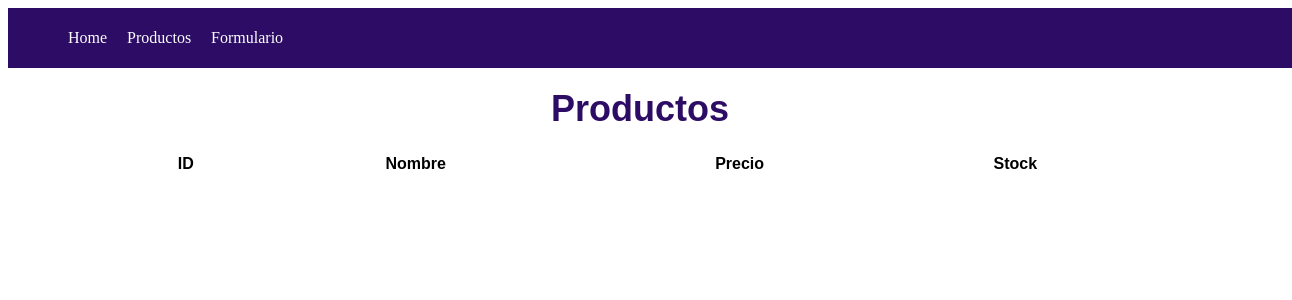
Repository: LadyJohana20/clases
Page: Clase-05-nodesass/public/pages/productos.html
An editor plug-in stored every save of this project. The page is shown before and after the next save, followed by the edit.
The browser window is 1280 px wide. The page is 1292 px wide, so the pictures cover 1292 px, including what lies to the right of the window. The pictures show the whole page.
The style sheet was rebuilt from its Sass, Less or Tailwind sources for each picture, by a compiler version that may differ from the author's.

Above is the page before, as saved 2026-01-27 21:53:33.

### Clase-05-nodesass/public/pages/productos.html
<!DOCTYPE html>
<html lang="en">
<head>
    <meta charset="UTF-8">
    <meta name="viewport" content="width=device-width, initial-scale=1.0">
    <link rel="stylesheet" href="../sass/css/productos.css">
    <title>Productos</title>
</head>
<body id="body">
    <!-- 1. creamos una pagina completa solo con JS y el DOM -->
    <div id="principal">


    </div>

    <h1 class="titulo" id="titulo">
        Productos
    </h1>

    <table id="tabla-productos" class="titulo">
        <thead>
            <tr>
                <th>ID</th>
                <th>Nombre</th>
                <th>Precio</th>
                <th>Stock</th>
            </tr>
        </thead>
        <tbody>
            <!-- Los productos se agregarán aquí dinámicamente -->
        </tbody>
    </table>

    <script src="../js/productos.js"></script>
</body>
</html>

### Clase-05-nodesass/public/js/productos.js


// 1. capturamos el elemento principal

const divPrincipal = document.getElementById("principal");

// 2. Creamos la barra de navegación
let navegación = document.createElement('nav');

// 3. le agregamos estilos

navegación.style.backgroundColor = '#2c0c64 ';
navegación.style.width = '100%';
navegación.style.height = '60px';
navegación.style.display = 'flex';
navegación.style.alignItems = 'center';
navegación.style.paddingLeft = '20px';

//4. Agregamos barra de navegacion al div principal
divPrincipal.appendChild(navegación);

//5. agregamos un evento a la navegacion
/*navegación.addEventListener('click', () => {
    alert('Hola, soy la barra de navegación');
});*/

//6. Creamos la lista de navegación
let listaNavegacion = document.createElement('ul');

//7. creamos los 3 items de la lista
let lisHome = document.createElement('li');
lisHome.innerText = 'Home';
lisHome.style.display = 'inline';
lisHome.style.color = 'white';
lisHome.style.cursor = 'pointer';
lisHome.addEventListener("click", () => {
    window.location.href = '../index.html';
});

//8. creamos el ancla del primer item
/*let anclaHome = document.createElement('a');
anclaHome.href = '../pages/index.html';*/

// agregamos el ancla a la barra de navegación
/*lisHome.appendChild(anclaHome);*/

//9. agregamos el primer item a la lista
listaNavegacion.appendChild(lisHome);


let lisProductos = document.createElement('li');
lisProductos.innerText = 'Productos';
lisProductos.style.display = 'inline';
lisProductos.style.color = 'white';
lisProductos.style.marginLeft = '20px';
lisProductos.style.cursor = 'pointer';
lisProductos.addEventListener("click", () => {
    window.location.href = './productos.html';
});

listaNavegacion.appendChild(lisProductos);


let lisFormulario = document.createElement('li');
lisFormulario.innerText = 'Formulario';
lisFormulario.style.display = 'inline';
lisFormulario.style.color = 'white';
lisFormulario.style.marginLeft = '20px';
lisFormulario.style.cursor = 'pointer';
lisFormulario.addEventListener("click", () => {
    window.location.href = './formulario.html';
});

listaNavegacion.appendChild(lisFormulario);

//10. subimos el ul a la barra de navegación
navegación.appendChild(listaNavegacion);


// 11. capturamos todos los elementos o html con la clase titulo
// es una coleccion de nodos(array) llamado HTMLCollection

let titulo = document.getElementsByClassName('titulo');

// 12. imprimimos consola  la coleccion de nodos
console.log(titulo);

// 13. modificamos los estilos para el primer elemento de la coleccion
/*titulo.innerText = 'Productos';*/
titulo[0].style.color = '#2c0c64';
titulo[0].style.fontFamily = 'Arial, sans-serif';
titulo[0].style.fontSize = '36px';
titulo[0].style.textAlign = 'center';
titulo[0].style.marginTop = '20px';

// 14. damos stilos a la tabla de productos o al elemento 1
titulo[1].style.width = '80%';
titulo[1].style.margin = '20px auto';
titulo[1].style.borderCollapse = 'collapse';
titulo[1].style.fontFamily = 'Arial, sans-serif';

// 15. tomamos el array de productos del local storage
let dataProductos = JSON.parse(localStorage.getItem('productos'));


/*let body = document.getElementById('body');
body.appendChild(titulo);*/

Loaded but not shown: Clase-05-nodesass/public/sass/productos.scss (no stored copy; drawn as an empty file)

After the next save:
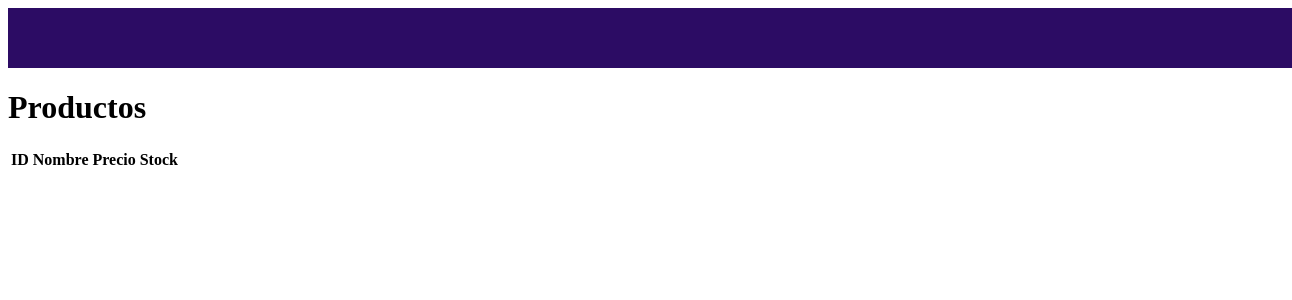
Console error: ReferenceError: listHome is not defined
Saved 4 min 49 s later.
--- a/Clase-05-nodesass/public/js/productos.js
+++ b/Clase-05-nodesass/public/js/productos.js
@@ -29,11 +29,11 @@ let listaNavegacion = document.createElement('ul');
 
 //7. creamos los 3 items de la lista
 let lisHome = document.createElement('li');
-lisHome.innerText = 'Home';
-lisHome.style.display = 'inline';
-lisHome.style.color = 'white';
-lisHome.style.cursor = 'pointer';
-lisHome.addEventListener("click", () => {
+listHome.innerText = 'Home';
+listHome.style.display = 'inline';
+listHome.style.color = 'white';
+listHome.style.cursor = 'pointer';
+listHome.addEventListener("click", () => {
     window.location.href = '../index.html';
 });
 
@@ -45,33 +45,33 @@ anclaHome.href = '../pages/index.html';*/
 /*lisHome.appendChild(anclaHome);*/
 
 //9. agregamos el primer item a la lista
-listaNavegacion.appendChild(lisHome);
+listaNavegacion.appendChild(listHome);
 
 
-let lisProductos = document.createElement('li');
-lisProductos.innerText = 'Productos';
-lisProductos.style.display = 'inline';
-lisProductos.style.color = 'white';
-lisProductos.style.marginLeft = '20px';
-lisProductos.style.cursor = 'pointer';
+let listProductos = document.createElement('li');
+listProductos.innerText = 'Productos';
+listProductos.style.display = 'inline';
+listProductos.style.color = 'white';
+listProductos.style.marginLeft = '20px';
+listProductos.style.cursor = 'pointer';
 lisProductos.addEventListener("click", () => {
     window.location.href = './productos.html';
 });
 
-listaNavegacion.appendChild(lisProductos);
+listaNavegacion.appendChild(listProductos);
 
 
-let lisFormulario = document.createElement('li');
-lisFormulario.innerText = 'Formulario';
-lisFormulario.style.display = 'inline';
-lisFormulario.style.color = 'white';
-lisFormulario.style.marginLeft = '20px';
-lisFormulario.style.cursor = 'pointer';
+let listFormulario = document.createElement('li');
+listFormulario.innerText = 'Formulario';
+listFormulario.style.display = 'inline';
+listFormulario.style.color = 'white';
+listFormulario.style.marginLeft = '20px';
+listFormulario.style.cursor = 'pointer';
 lisFormulario.addEventListener("click", () => {
     window.location.href = './formulario.html';
 });
 
-listaNavegacion.appendChild(lisFormulario);
+listaNavegacion.appendChild(listFormulario);
 
 //10. subimos el ul a la barra de navegación
 navegación.appendChild(listaNavegacion);
@@ -100,8 +100,77 @@ titulo[1].style.borderCollapse = 'collapse';
 titulo[1].style.fontFamily = 'Arial, sans-serif';
 
 // 15. tomamos el array de productos del local storage
-let dataProductos = JSON.parse(localStorage.getItem('productos'));
+let dataProductos = localStorage.getItem("productos");
+
+console.log(dataProductos); // sin parsear los datos
+
+let parrafo = document.getElementById("sin-parsear");
+
+parrafo.innerText = dataProductos;
+
+// 15. Parseamos los datos para convertirlos en un array de objetos literales
+dataProductos = JSON.parse(dataProductos);
+
+console.log(dataProductos); // ya parseado
+
+// 16. Capturar el parrafo paseado
+let parrafoParseado = document.getElementById("parseado");
+
+parrafoParseado.innerText = dataProductos;
+
+// 17. Capturamos la tabla  (tbody)
+let cuerpoTabla = document.getElementById("tabla-productos");
+
+// 18. Capturamos el boton y le damos funcionalidad
+let botonCargar = document.getElementById("cargarProductos");
+
+// le agregamos estilos al boton
+botonCargar.style.textAlign = "center";
 
 
-/*let body = document.getElementById('body');
-body.appendChild(titulo);*/
+botonCargar.addEventListener("click", (e) => {
+
+    e.preventDefault();
+
+    // limpiamos el contenido previo del cuerpo de la tabla
+    cuerpoTabla.innerHTML = "";
+
+    for (let i = 0; i < dataProductos.length; i++) {
+        console.log(dataProductos[i]);
+
+        // 19. Creamos una fila por cada producto
+        let fila = document.createElement("tr");
+
+        //20. Creamos las celdas por cada producto
+        let celdaNombre = document.createElement("td");
+        celdaNombre.innerText = dataProductos[i].nombre;
+        celdaNombre.style.border = "1px solid #ddd";
+        celdaNombre.style.padding = "8px";
+
+        // 21. Agregamos la celda a la fila
+        fila.appendChild(celdaNombre);
+
+        // 22. Agregamos la fila al cuerpo de la tabla
+        cuerpoTabla.appendChild(fila);
+
+        let celdaPrecio = document.createElement("td");
+        celdaPrecio.innerText = `$ ${dataProductos[i].precio.toFixed(2)}`;
+        celdaPrecio.style.border = "1px solid #ddd";
+        celdaPrecio.style.padding = "8px";
+
+        fila.appendChild(celdaPrecio);
+
+        cuerpoTabla.appendChild(fila);
+
+        let celdaStock = document.createElement("td");
+        celdaStock.innerText = dataProductos[i].stock;
+        celdaStock.style.border = "1px solid #ddd";
+        celdaStock.style.padding = "8px";
+
+        fila.appendChild(celdaStock);
+
+        cuerpoTabla.appendChild(fila);
+
+    }
+
+});
